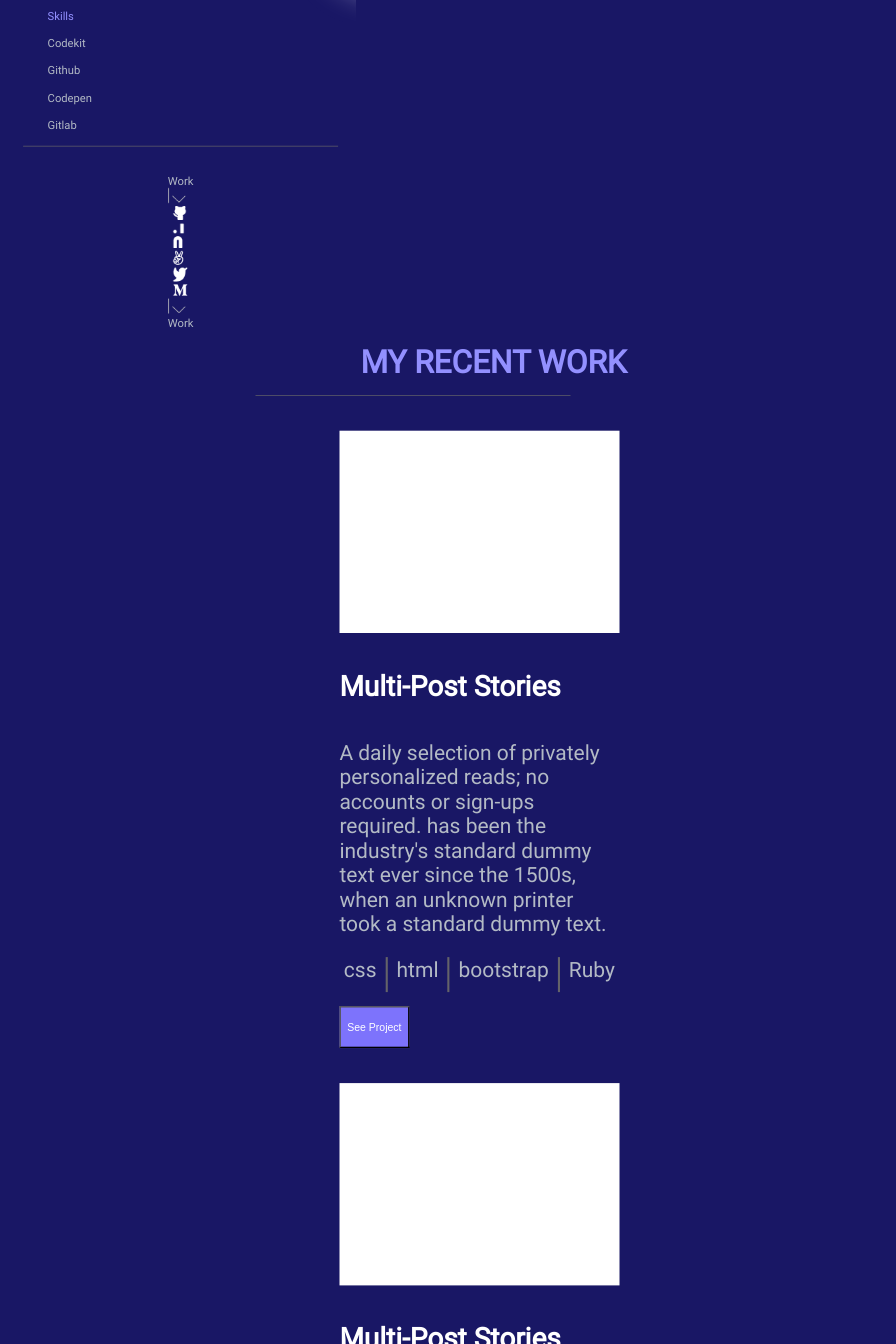
Repository: mustabbas/Portfolio
Page: index.html
These files come from the project's save history. The page is drawn as it stood at one moment and after the next save; the edit follows.
The browser window is 1280 px wide. The pictures show the part of the page from y = 775 to 2695 px (the page is 6192 px tall before and 6147 px after), at 70% of full size.

Above is the page before, as saved 2021-08-17 18:09:37.

After the next save:
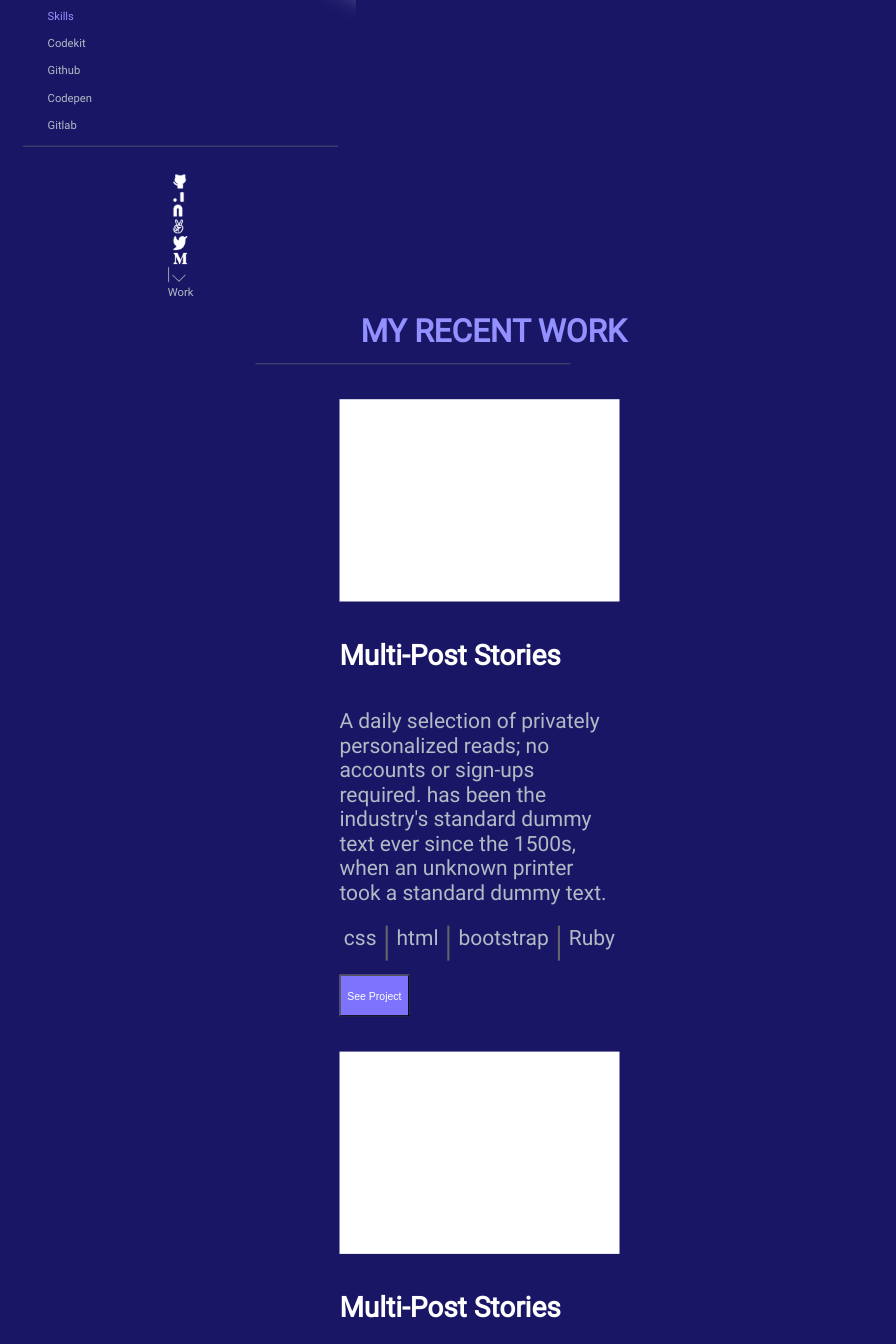
Saved 62 s later.
--- a/index.html
+++ b/index.html
@@ -56,13 +56,6 @@
       </div>
       <div class="line"></div>
       <div class="footer-nav">
-        <div class="work-container upper">
-        <span>Work</span>
-        <div class="arrow-container">
-        <img src="./assets/img/Vector-line-arrow.png" alt="Vector-line-arrow"/>
-        <img src="./assets/img/Vector-arrow.png" alt="Vector-arrow"/>
-         </div>
-        </div>
         <div class="vector-container">
             <ul>
                 <li><img src="./assets/img/Vector-github.png" alt="Vector-github"/></li>
